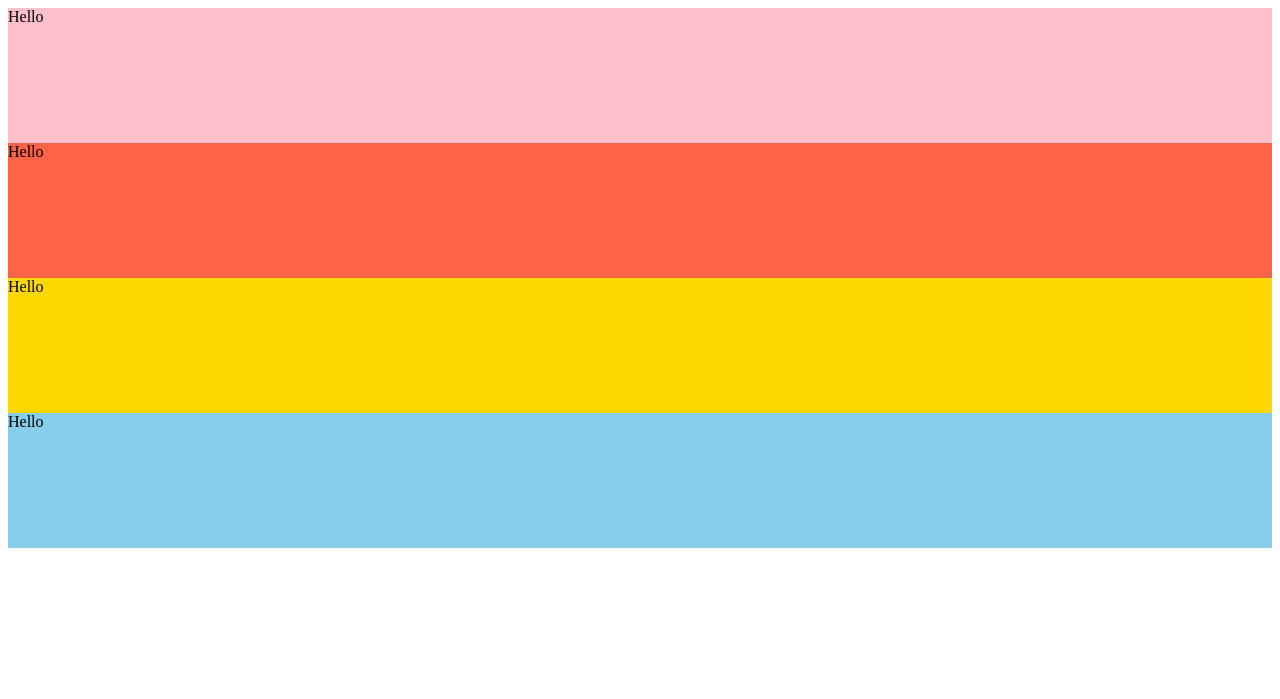
Repository: minoto9/vue_tutorial
Page: 1.html
An editor plug-in stored every save of this project. The page is shown before and after the next save, followed by the edit.
The browser window is 1280 px wide. The pictures show the whole page.

Above is the page before, as saved 2019-07-10 17:45:46.

After the next save:
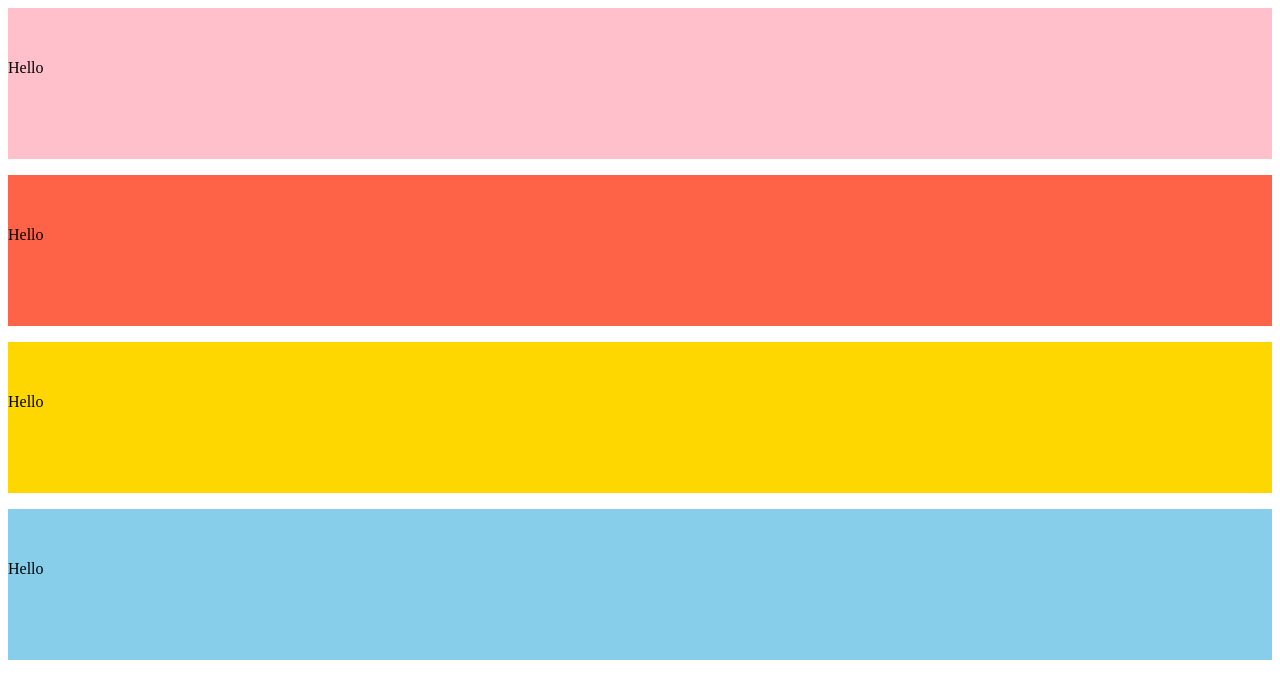
Saved 76 s later.
--- a/1.css
+++ b/1.css
@@ -1,11 +1,10 @@
 div {
-    height: 120px;
     padding-bottom: 15px;
-    margin: auto;
+    line-height:120px;
 }
 
 p {
-    margin: auto;
+
 }
 
 .pink {
